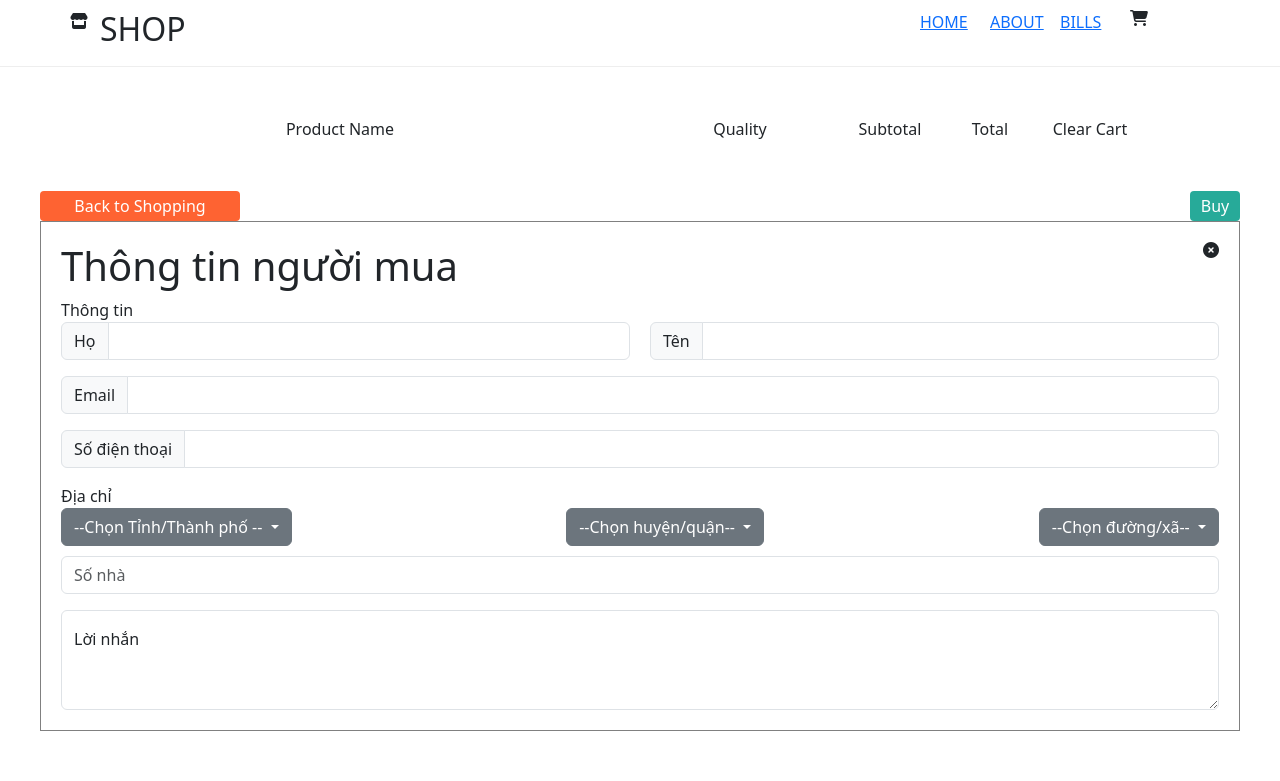
Repository: nguyenhaidang212/danh-sach-ban-hang
Page: index.html
The author's editor kept a copy of each file at every save. The page is drawn from the files as they stood at one save, then again after the next save.
The browser window is 1280 px wide. The pictures show the whole page.
Some web libraries are served in a nearby version.

Above is the page before, as saved 2023-02-10 14:53:43.

After the next save:
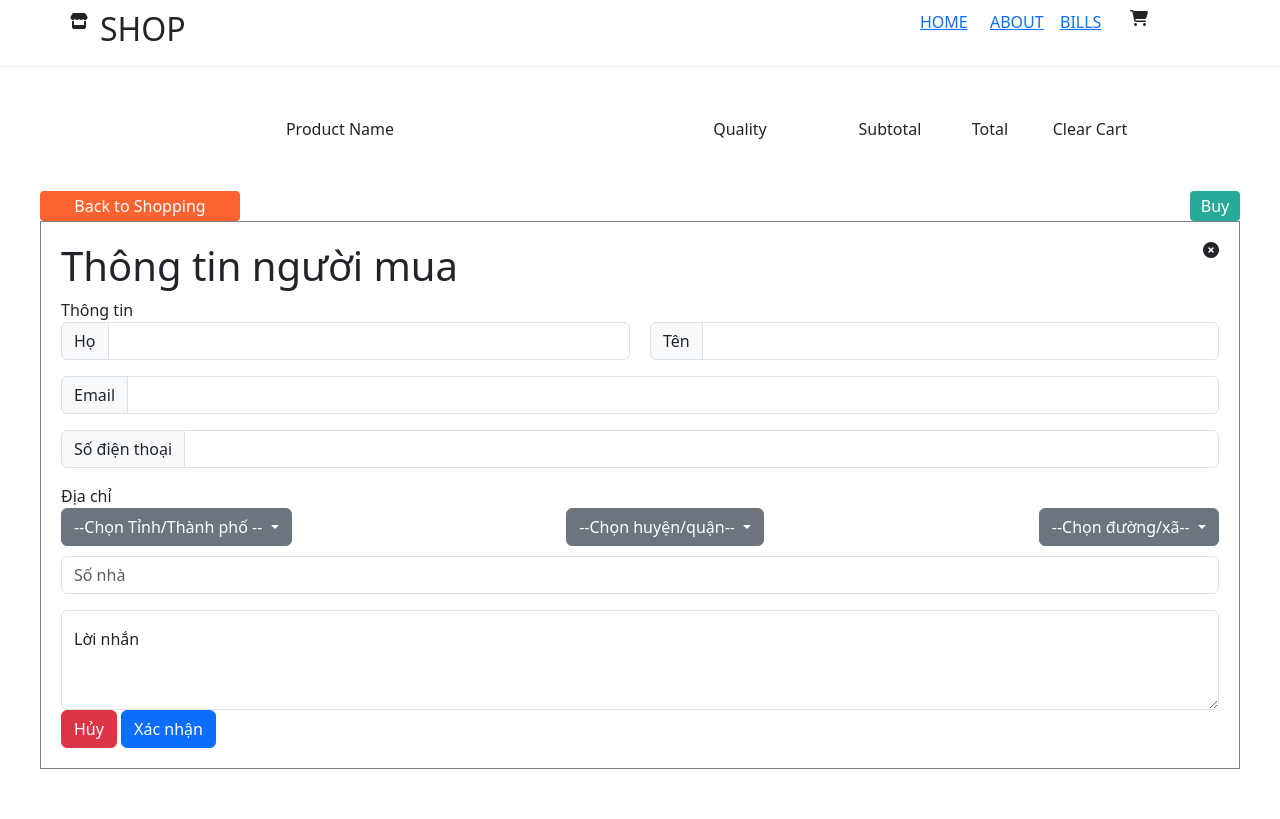
Saved 66 s later.
--- a/index.html
+++ b/index.html
@@ -186,6 +186,10 @@
               ></textarea>
               <label for="floatingTextarea2">Lời nhắn</label>
             </div>
+            <div class="confirm">
+              <button type="button" class="btn btn-danger">Hủy</button>
+              <button type="button" class="btn btn-primary">Xác nhận</button>
+            </div>
           </div>
         </div>
       </div>
